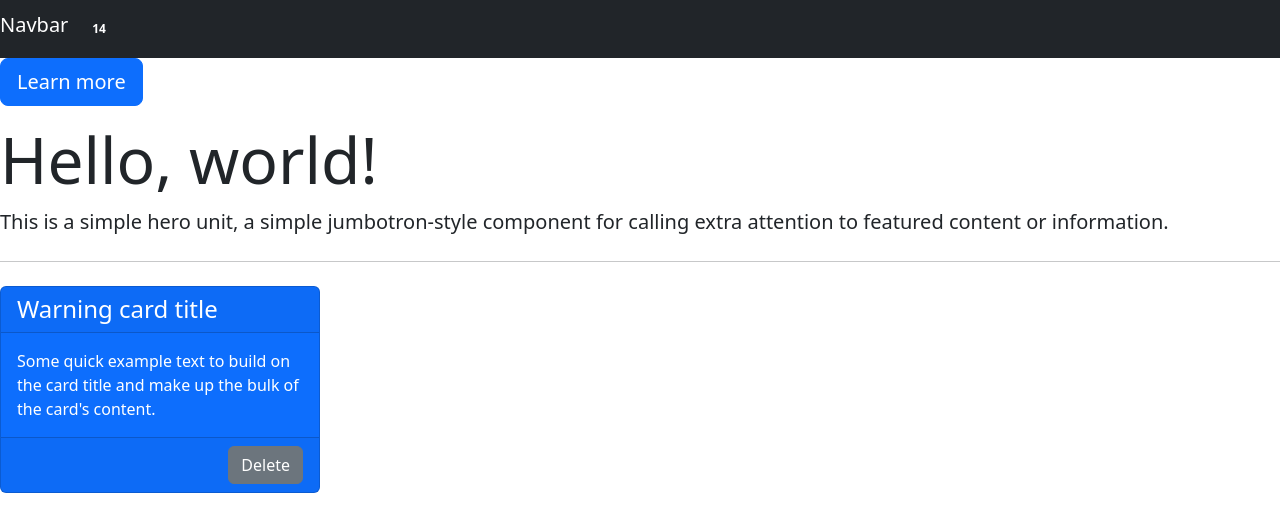
Repository: hasmelash/gitskill
Page: /
An editor plug-in stored every save of this project. The page is shown before and after the next save, followed by the edit.
The browser window is 1280 px wide. The pictures show the whole page.
The project was rebuilt for these pictures with package versions that can differ from the ones it lists, and the page was loaded fresh each time. Also part of the build but not shown: src/App.css.

Above is the page before, as saved 2019-08-29 23:41:17.

### src/App.js
import React from 'react';
import './App.css';
import Navbar from './NavBarComponent/NavBarComponent';
import Notes from './NotesComponent/NotesComponent';
import 'bootstrap/dist/css/bootstrap.min.css';
import 'bootstrap/dist/js/bootstrap.bundle.min';

;class App extends React.Component {
  render(){
      return (
          <div>
            <Navbar />
            <Notes />
          </div>
      );
   }
}

export default App;

### src/NavBarComponent/NavBarComponent.js
import React from 'react';
import NoteCounter from '../NoteCounterComponent/NoteCounterComponent';
import 'bootstrap/dist/css/bootstrap.min.css';
import 'bootstrap/dist/js/bootstrap.bundle.min';
class Navbar extends React.Component{
    render(){
        return (
            <nav class="navbar navbar-expand-lg navbar-dark bg-dark">
                <h1 class="navbar-brand" >Navbar</h1>
                <NoteCounter class="container" style={{float: 'right'}}/>
            </nav>
        );
    }
}
export default Navbar;

### src/NotesComponent/NotesComponent.js

import React from 'react';
import 'bootstrap/dist/css/bootstrap.min.css';
import 'bootstrap/dist/js/bootstrap.bundle.min';
import Note from '../NoteComponent/NoteComponent';
class Notes extends React.Component{
    render(){
        return (

            <div class="jumbotron">
                <p class="lead">
                    <button class="btn btn-primary btn-lg" href="#" >Learn more</button>
                </p>
                <h1 class="display-3">Hello, world!</h1>
                <p class="lead">This is a simple hero unit, a simple jumbotron-style component for calling extra attention to featured content or information.</p>
                <hr class="my-4"/>
                <Note />
            </div>
        );
    }
}
export default Notes;

### src/NoteCounterComponent/NoteCounterComponent.js
import React from 'react';
import 'bootstrap/dist/css/bootstrap.min.css';
import 'bootstrap/dist/js/bootstrap.bundle.min';
function NoteCounter(props){

        return (
                    <span class="badge badge-primary badge-pill">14</span>
        );

}
export default NoteCounter;

### src/NoteComponent/NoteComponent.js

import React from 'react';
import 'bootstrap/dist/css/bootstrap.min.css';
import 'bootstrap/dist/js/bootstrap.bundle.min';
class Note extends React.Component{
    render(){
        return (
            <div class="card text-white bg-primary mb-3" style={{maxWidth: '20rem'}}>
                <h4 class="card-header">Warning card title</h4>
                    <div class="card-body">

                        <p class="card-text">Some quick example text to build on the card title and make up the bulk of the card's content.</p>
                    </div>
                <div class="card-footer">
                    <button type="button" class="btn btn-secondary" data-dismiss="modal" style={{float: 'right'}}>Delete</button>
                </div>
            </div>

        );
    }
}
export default Note;

Loaded but not shown: public/index.html (common file); src/index.js (common file); src/index.css (common file); src/serviceWorker.js (common file)

After the next save:
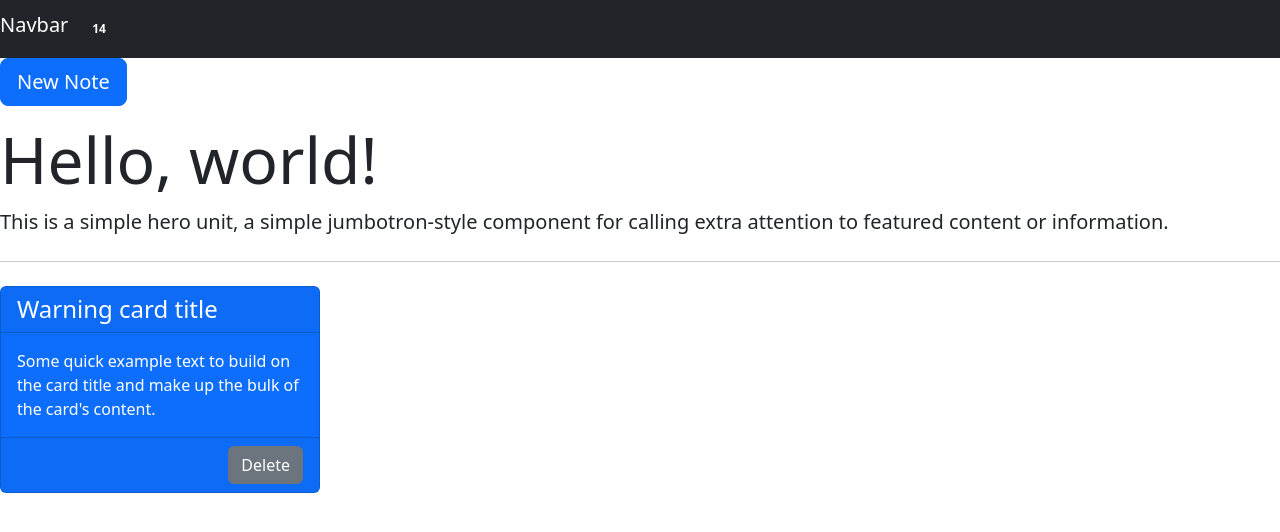
Saved 45 s later.
--- a/src/NotesComponent/NotesComponent.js
+++ b/src/NotesComponent/NotesComponent.js
@@ -9,7 +9,7 @@ class Notes extends React.Component{
 
             <div class="jumbotron">
                 <p class="lead">
-                    <button class="btn btn-primary btn-lg" href="#" >Learn more</button>
+                    <button class="btn btn-primary btn-lg"  >New Note</button>
                 </p>
                 <h1 class="display-3">Hello, world!</h1>
                 <p class="lead">This is a simple hero unit, a simple jumbotron-style component for calling extra attention to featured content or information.</p>
